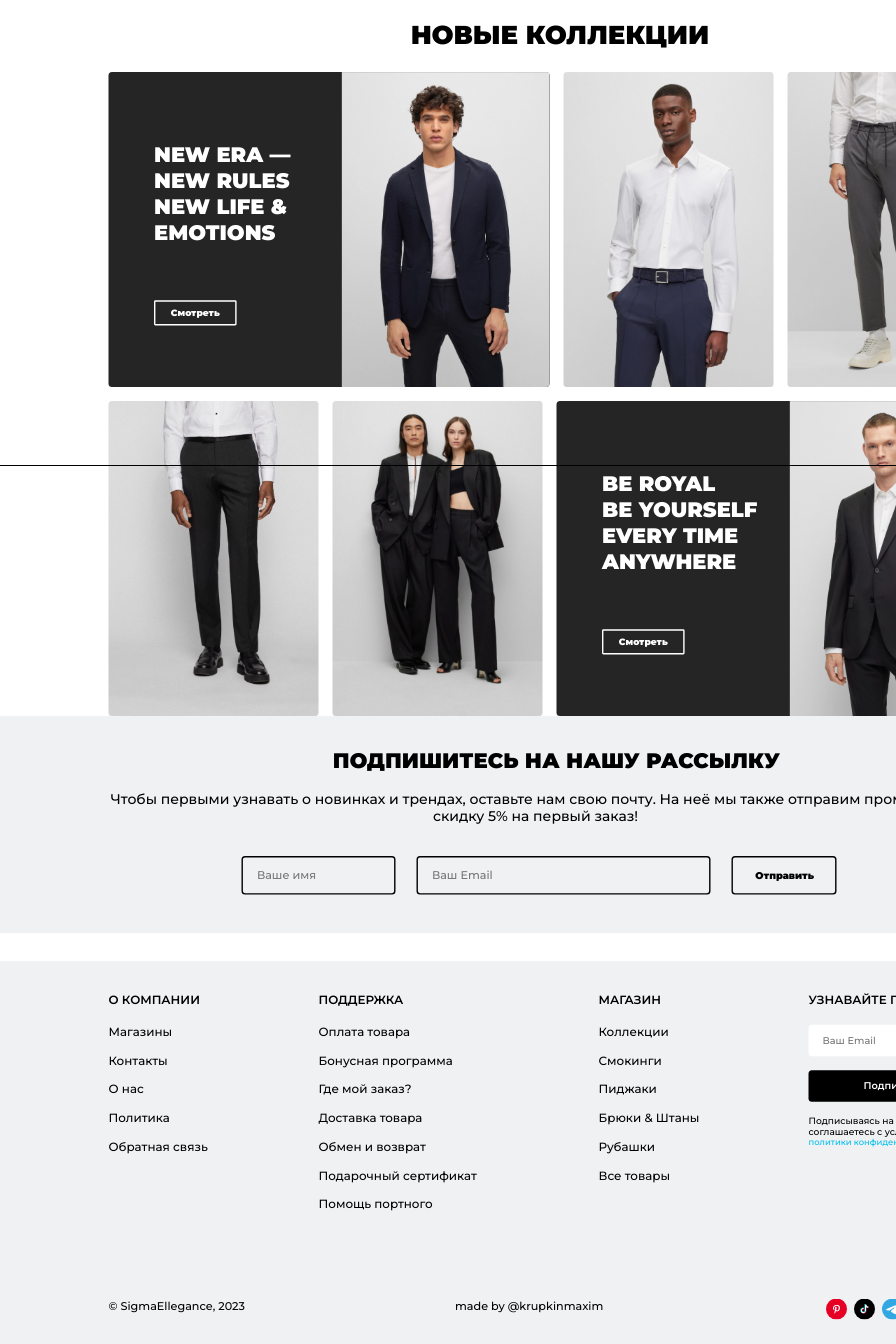
Repository: MaksimKrupkin/SigmaEllegance
Page: /
These files come from the project's save history. The page is drawn as it stood at one moment and after the next save; the edit follows.
The browser window is 1280 px wide. The pictures show the part of the page from y = 2240 to 4160 px (the page is 4160 px tall before and 4120 px after), at 70% of full size.
Some web fonts or font styles are not loaded; a fallback is used. The project was rebuilt for these pictures with package versions that can differ from the ones it lists, and the page was loaded fresh each time.

Above is the page before, as saved 2023-11-25 11:01:13.

### public/index.html
<!DOCTYPE html>
<html lang="en">
  <head>
    <meta charset="utf-8" />

    <meta name="viewport" content="width=device-width, initial-scale=1" />

    <link rel="preconnect" href="https://fonts.googleapis.com" />
    <link rel="preconnect" href="https://fonts.gstatic.com" crossorigin />
    <link
      href="https://fonts.googleapis.com/css2?family=Roboto:wght@400;500;700&display=swap"
      rel="stylesheet" />
    <link
      href="https://fonts.googleapis.com/css2?family=Montserrat:ital,wght@0,300;0,500;0,600;0,900;1,400;1,500&family=Roboto:wght@400;500;700&display=swap"
      rel="stylesheet" />
    <link rel="preconnect" href="https://fonts.googleapis.com" />
    <link rel="preconnect" href="https://fonts.gstatic.com" crossorigin />
    <link
      href="https://fonts.googleapis.com/css2?family=Montserrat:wght@300&family=Roboto:wght@400;500;700&display=swap"
      rel="stylesheet" />
    <link href="https://fonts.cdnfonts.com/css/montserrat" rel="stylesheet" />
    <title>SigmaEllegance</title>
  </head>
  <body>
    <div id="root"></div>
  </body>
</html>

### src/Components/Header/Header.jsx
import React from 'react';
import styles from './Header.module.css';
import logo from '../../assets/img/logo.svg';
import icon1 from '../../assets/img/Icon1.svg';
import icon2 from '../../assets/img/icon2.svg';
import icon3 from '../../assets/img/icon3.svg';
import icon4 from '../../assets/img/icon4.svg';

function Header() {
  return (
    <header className={styles.header}>
      <div className={styles.left_part}>
        <div className={styles.menu}>
          <img className={styles.icon1} src={icon1} alt="" />
          <p>Меню</p>
        </div>
        <div className={styles.search}>
          <img className={styles.icon2} src={icon2} alt="" />
          <p>Поиск</p>
        </div>
      </div>
      <div className={styles.logo_part}>
        <img className={styles.logo} src={logo} alt="" />
        <p>SigmaEllegance</p>
      </div>
      <div className={styles.right_part}>
        <div className={styles.liked}>
          <p>Желаемое</p>
          <img className={styles.icon3} src={icon3} alt="" />
        </div>
        <div className={styles.purchases}>
          <p>Мой SE</p>
          <img className={styles.icon4} src={icon4} alt="" />
        </div>
      </div>
    </header>
  );
}

export default Header;

### src/Pages/HomePage.jsx
import React from 'react';
import styles from './HomePage.module.css';
import mainScreenImage from '../assets/img/background.png';
import Slider from '../Components/Slider/Slider';
import Styles from '../Components/Styles/Styles';
import Collections from '../Components/Collections/Collections';
import Footer from '../Components/Footer/Footer';
import Sendings from '../Components/Sendings/Sendings';

function HomePage() {
  return (
    <>
      <div className={styles.mainScreen}>
        <div className={styles.textBlock}>
          <div className={styles.title}>Мужская классика</div>
          <div className={styles.text}>
            Наши фирменные костюмы — это то, чем мы известны. Откройте для себя классические формы и
            оттенки, подходящие для вашего образа жизни.
          </div>
          <button className={styles.mainScreen_button}>Смотреть коллекцию</button>
        </div>
      </div>
      <Slider />
      <Styles />
      <Collections />
      <Sendings />
      <Footer />
    </>
  );
}

export default HomePage;

### src/App.module.css
body {
  font-family: 'Montserrat', sans-serif;
  display: block;
  margin: 0 auto;
  padding: 0;
  width: 100%;
  overflow-x: hidden;
}
.container {
  width: 1600px;
  display: block;
  margin: 0 auto;
  position: relative;
}

*,
*::before,
*::after {
  box-sizing: border-box;
}

/* Links */

a,
a:link,
a:visited {
  text-decoration: none;
}

a:hover {
  text-decoration: none;
}

/* Common */

aside,
nav,
footer,
header,
section,
main {
  display: block;
}

h1,
h2,
h3,
h4,
h5,
h6,
p {
  font-size: inherit;
  font-weight: inherit;
}

ul,
ul li {
  list-style: none;
}

img {
  vertical-align: top;
}

img,
svg {
  max-width: 100%;
  height: auto;
}

address {
  font-style: normal;
}

/* Form */

input,
textarea,
button,
select {
  font-family: inherit;
  font-size: inherit;
  color: inherit;
  background-color: transparent;
}

input::-ms-clear {
  display: none;
}

button,
input[type='submit'] {
  display: inline-block;
  box-shadow: none;
  background-color: transparent;
  background: none;
  cursor: pointer;
}

input:focus,
input:active,
button:focus,
button:active {
  outline: none;
}

button::-moz-focus-inner {
  padding: 0;
  border: 0;
}

label {
  cursor: pointer;
}

legend {
  display: block;
}

### src/Components/Header/Header.module.css
.header {
  font-family: 'Montserrat', sans-serif;
  margin: 0 auto;
  width: 100%;
  height: 10vh;
  display: flex;
  justify-content: space-around;
  align-items: center;
}

.left_part {
  display: flex;
  justify-content: space-between;
  align-items: center;
  gap: 25px;
  color: #000;
  margin-bottom: -2px;

  font-family: Montserrat;
  font-size: 17px;
  font-style: normal;
  font-weight: 400;
  line-height: normal;
}
.menu {
  display: flex;
  justify-content: space-between;
  align-items: center;
  gap: 8px;
}
.icon1 {
  width: 22px;
  height: 22px;
  margin-bottom: 1px;
}
.search {
  display: flex;
  justify-content: space-between;
  align-items: center;
  gap: 8px;
}
.icon2 {
  width: 18px;
  height: 18px;
  margin-bottom: 3px;
}

.logo_part {
  margin-bottom: 3px;
  display: flex;
  justify-content: space-between;
  align-items: center;

  color: #000;

  font-family: Montserrat;
  font-size: 25px;
  font-style: normal;
  font-weight: 400;
  line-height: normal;
}

.logo {
  width: 67.375px;
  height: 69.103px;
  flex-shrink: 0;
  margin-right: -10px;
}
.right_part {
  margin-bottom: -2px;
  display: flex;
  justify-content: space-between;
  align-items: center;
  gap: 23px;
  font-family: Montserrat;
  font-size: 17px;
  font-style: normal;
  font-weight: 400;
  line-height: normal;
}

.liked {
  display: flex;
  justify-content: space-between;
  align-items: center;
  gap: 8px;
}
.icon3 {
  width: 22px;
  height: 22px;
  margin-bottom: 3px;
}

.purchases {
  display: flex;
  justify-content: space-between;
  align-items: center;
  gap: 8px;
}

.icon4 {
  width: 19px;
  height: 19px;
  margin-bottom: 3px;
}

### src/Pages/HomePage.module.css
.mainScreen {
  width: 1900px;
  height: 773px;
  position: relative;
  background-image: url(../assets/img/background.png);
  background-repeat: no-repeat;
  position: relative;
}
.mainScreen__image {
  width: 100%;
  height: 90vh;
}
.textBlock {
  position: absolute;
  top: 200px;
  left: 150px;
}
.title {
  color: #fff;
  font-family: Montserrat;
  font-size: 53px;
  font-style: normal;
  font-weight: 900;
  line-height: normal;
  text-transform: uppercase;
}

.text {
  margin-top: 50px;
  width: 550px;
  color: #fff;
  font-family: Montserrat;
  font-size: 25px;
  font-style: normal;
  font-weight: 400;
  line-height: 135%; /* 33.75px */
}
.mainScreen_button {
  display: flex;
  justify-content: center;
  align-items: center;
  margin-top: 60px;
  font-size: 20px;
  height: 40px;
  padding-left: 10px;
  padding-right: 10px;
  color: white;
  border: 3px solid white;
  border-radius: 5px;
  transition: all 0.1s ease-in;
}
.mainScreen_button:hover {
  scale: 1.02;
}

### src/Components/Slider/Slider.jsx
import React from 'react';
import styles from './Slider.module.css';
import leftArrow from '../../assets/img/Left Arrow.svg';
import rightArrow from '../../assets/img/Right Arrow.svg';
import SliderCard from '../SliderCard/SliderCard';

export default function Slider() {
  return (
    <div className={styles.slider_wrapper}>
      <img className={styles.leftArrow} src={leftArrow} alt="" />

      <div className={styles.slider}>
        <SliderCard />
        <SliderCard />
        <SliderCard />
        <SliderCard />
      </div>
      <img className={styles.rightArrow} src={rightArrow} alt="" />
    </div>
  );
}

### src/Components/Styles/Styles.jsx
import React from 'react';
import styles from './Styles.module.css';

export default function Styles() {
  return (
    <section className={styles.styles_section}>
      <h2 className={styles.title}>Выбери свой стиль</h2>
      <div className={styles.styles_wrapper}>
        <div className={styles.topLine}>
          <a>
            <div className={styles.style1}>
              <span className={styles.subtitle}>Элит</span>
            </div>
          </a>
          <a>
            <div className={styles.style2}>
              <span className={styles.subtitle}>Перфоманс</span>
            </div>
          </a>
        </div>
        <div className={styles.bottomLine}>
          <a>
            <div className={styles.style3}>
              <span className={styles.subtitle}>Темный</span>
            </div>
          </a>
          <a>
            <div className={styles.style4}>
              <span className={styles.subtitle}>Нью-лук</span>
            </div>
          </a>
          <a>
            <div className={styles.style5}>
              <span className={styles.subtitle}>Классик</span>
            </div>
          </a>
        </div>
      </div>
    </section>
  );
}

### src/Components/Collections/Collections.jsx
import React from 'react';
import styles from './Collections.module.css';
import image1 from '../../assets/img/collection1.png';
import image2 from '../../assets/img/collection6.png';

export default function Collections() {
  return (
    <section className={styles.collections_section}>
      <h2 className={styles.title}>Новые коллекции</h2>
      <div className={styles.collections_wrapper}>
        <div className={styles.collections_top}>
          <div className={styles.collection1}>
            <img className={styles.collection1_image} src={image1} alt="" />
            <p className={styles.subtitle}>New era —New Rules New life & emotions</p>
            <a className={styles.button}>Смотреть</a>
            <div className={styles.rightPart}></div>
          </div>

          <div className={styles.collection2}></div>
          <div className={styles.collection3}></div>
        </div>
        <div className={styles.collections_bottom}>
          <div className={styles.collection4}></div>
          <div className={styles.collection5}></div>
          <div className={styles.collection6}>
            <img className={styles.collection6_image} src={image2} alt="" />
            <p className={styles.subtitle}>
              Be Royal <br /> Be Yourself every time anywhere
            </p>
            <a className={styles.button}>Смотреть</a>
            <div className={styles.rightPart}></div>
          </div>
        </div>
      </div>
    </section>
  );
}

### src/Components/Footer/Footer.jsx
import React from 'react';
import icon1 from '../../assets/img/pint.svg';
import icon2 from '../../assets/img/TT.svg';
import icon3 from '../../assets/img/TG.svg';
import icon4 from '../../assets/img/IG.svg';
import icon5 from '../../assets/img/VK.svg';
import styles from './Footer.module.css';

export default function Footer() {
  return (
    <footer className={styles.footer}>
      <div className={styles.column_1}>
        <div className={styles.column_title}>О компании</div>
        <div className={styles.column_item}> Магазины</div>
        <div className={styles.column_item}>Контакты</div>
        <div className={styles.column_item}>О нас</div>
        <div className={styles.column_item}>Политика</div>
        <div className={styles.column_item}>Обратная связь</div>
      </div>
      <div className={styles.column_2}>
        <div className={styles.column_title}>Поддержка</div>
        <div className={styles.column_item}> Оплата товара</div>
        <div className={styles.column_item}>Бонусная программа</div>
        <div className={styles.column_item}>Где мой заказ?</div>
        <div className={styles.column_item}>Доставка товара</div>
        <div className={styles.column_item}>Обмен и возврат</div>
        <div className={styles.column_item}>Подарочный сертификат</div>
        <div className={styles.column_item}>Помощь портного</div>
      </div>
      <div className={styles.column_3}>
        <div className={styles.column_title}>Магазин</div>
        <div className={styles.column_item}> Коллекции</div>
        <div className={styles.column_item}>Смокинги</div>
        <div className={styles.column_item}>Пиджаки</div>
        <div className={styles.column_item}>Брюки & Штаны</div>
        <div className={styles.column_item}>Рубашки</div>
        <div className={styles.column_item}>Все товары</div>
      </div>
      <div className={styles.footer_form}>
        <div className={styles.footer_form_title}>Узнавайте первыми</div>
        <form action={styles.text}>
          <input className={styles.footer_form_email} type="text" placeholder="Ваш Email" />
        </form>
        <div className={styles.footer_button}>
          <div className={styles.footer_link}>Подписаться</div>
        </div>
        <div className={styles.policy}>
          Подписываясь на рассылку, вы соглашаетесь с условиями{' '}
          <a href="" className={styles.policy_link}>
            оферты
          </a>{' '}
          и <a className={styles.policy_link}>политики конфиденциальности</a>{' '}
        </div>
      </div>
      <div className={styles.footer_border}>
        <img src="/img/Border.svg" alt="" />
      </div>
      <div className={styles.sigma_corp}>© SigmaEllegance, 2023</div>
      <div className={styles.made_by}>made by @krupkinmaxim</div>
      <div className={styles.social_networks}>
        <img className={styles.pintrest} src={icon1} alt="" />
        <img className={styles.tik_tok} src={icon2} alt="" />
        <img className={styles.telegram} src={icon3} alt="" />
        <img className={styles.instagram} src={icon4} alt="" />
        <img className={styles.vk} src={icon5} alt="" />
      </div>
    </footer>
  );
}

### src/Components/Sendings/Sendings.jsx
import React from 'react';
import styles from './Sendings.module.css';

export default function Sendings() {
  return (
    <div className={styles.customer_form_container}>
      <div className={styles.customer_form}>
        <div className={styles.customer_form_title}>Подпишитесь на нашу рассылку</div>
        <div className={styles.customer_form_subtitle}>
          Чтобы первыми узнавать о новинках и трендах, оставьте нам свою почту. На неё мы также
          отправим промокод на скидку 5% на первый заказ!
        </div>
        <form className={styles.forms}>
          <input
            className={styles.name}
            type="text"
            name="name"
            value=""
            placeholder="Ваше имя"
            required
          />
          <br />
          <input
            className={styles.email}
            type="text"
            name="email"
            value=""
            placeholder="Ваш Email"
          />
          <br />
          <input className={styles.send} type="button" value="Отправить" />
        </form>
      </div>
    </div>
  );
}

### src/Components/Slider/Slider.module.css
.slider_wrapper {
  width: 1586px;
  height: 540px;
  background-color: #eff1f3;
  display: flex;
  flex-wrap: nowrap;
  justify-content: space-between;
  align-items: center;
  gap: 20px;
  overflow: hidden;
  padding-left: 65px;
  padding-right: 65px;
}
.leftArrow {
  display: block;
  width: 35px;
  height: 35px;
}
.slider {
  width: 1290px;
  display: flex;
  justify-content: space-between;
  align-items: center;
  gap: 30px;
}
.rightArrow {
  display: block;
  width: 35px;
  height: 35px;
}

### src/Components/SliderCard/SliderCard.jsx
import React from 'react';
import styles from './SliderCard.module.css';
import cardImage from '../../assets/img/card1.png';

export default function SliderCard() {
  return (
    <div className={styles.card}>
      <p className={styles.card_title}>Смокинги</p>
      <img className={styles.card_image} src={cardImage} alt="" />
    </div>
  );
}

### src/Components/Styles/Styles.module.css
.styles_section {
  width: 1586px;
  background-color: white;
  display: flex;
  flex-direction: column;
  align-items: center;
}
.title {
  color: #000;
  font-family: Montserrat;
  font-size: 37px;
  font-style: normal;
  font-weight: 700;
  line-height: normal;
  text-transform: uppercase;
}
.styles_wrapper {
  width: 1290px;
  display: flex;
  flex-direction: column;
  justify-content: space-between;
  gap: 30px;
}
.topLine {
  display: flex;
  justify-content: space-between;
  align-items: center;
  gap: 30px;
}

.bottomLine {
  display: flex;
  justify-content: space-between;
  align-items: center;
  gap: 30px;
}
.style1 {
  width: 740px;
  height: 420px;
  background-image: url(../../assets/img/style-1.png);
  color: #fff;
  border-radius: 5px;
  position: relative;
}
.style2 {
  width: 520px;
  height: 420px;
  background-image: url(../../assets/img/style-2.png);
  color: #fff;
  border-radius: 5px;
  position: relative;
}
.style3 {
  width: 410px;
  height: 295px;
  background-image: url(../../assets/img/style-3.png);
  color: #fff;
  border-radius: 5px;
  position: relative;
}
.style4 {
  width: 410px;
  height: 295px;
  background-image: url(../../assets/img/style-4.png);
  color: #fff;
  border-radius: 5px;
  position: relative;
}
.style5 {
  width: 410px;
  height: 295px;
  background-image: url(../../assets/img/style-5.png);
  color: #fff;
  border-radius: 5px;
  position: relative;
}
.subtitle {
  font-family: Montserrat;
  font-size: 35px;
  font-style: normal;
  font-weight: 800;
  line-height: normal;
  text-transform: uppercase;
  position: absolute;
  bottom: 35px;
  left: 45px;
}

### src/Components/Footer/Footer.module.css
.footer {
  margin-top: 40px;
  background-color: #eff1f3;
  width: 1600px;
  height: 547px;
  position: relative;
}

.column_1 {
  position: absolute;
  top: 45px;
  left: 155px;
}

.column_2 {
  position: absolute;
  top: 45px;
  left: 455px;
}

.column_3 {
  position: absolute;
  top: 45px;
  left: 855px;
}
.column_title {
  font-style: normal;
  font-weight: 600;
  font-size: 17px;
  line-height: 21px;
  text-transform: uppercase;
  color: #000000;
  margin-bottom: 25px;
}

.column_item {
  font-family: 'Montserrat';
  font-style: normal;
  font-weight: 400;
  font-size: 17px;
  line-height: 21px;
  color: #000000;
  margin-bottom: 20px;
}

.footer_form {
  position: absolute;
  top: 45px;
  left: 1155px;
}

.footer_form_title {
  font-style: normal;
  font-weight: 600;
  font-size: 17px;
  line-height: 21px;
  text-transform: uppercase;
  color: #000000;
  margin-bottom: 25px;
}
.footer {
  opacity: 1;
}
.footer_form_email {
  width: 235px;
  height: 45px;
  background-color: white;
  border: none;
  border-radius: 5px;
  font-style: normal;
  font-weight: 400;
  font-size: 14px;
  line-height: 17px;
  padding-left: 20px;
  color: rgba(0, 0, 0, 0.4);
}

.footer_button {
  margin-top: 20px;
  margin-bottom: 20px;
  width: 255px;
  background-color: #000000;
  border-radius: 5px;
  text-align: center;
  font-style: normal;
  font-weight: 600;
  font-size: 14px;
  line-height: 45px;
  color: #ffffff;
}
.footer_link {
  color: #ffffff;
}

.policy {
  width: 254px;
  font-style: normal;
  font-weight: 400;
  font-size: 13px;
  line-height: 15px;
  color: #000000;
}
.policy_link {
  font-style: normal;
  font-weight: 400;
  font-size: 12px;
  line-height: 15px;
  color: #00bfed;
}

.footer_border {
  position: absolute;
  bottom: 120px;
}

.sigma_corp {
  position: absolute;
  left: 155px;
  bottom: 45px;

  font-weight: 500;
}

.made_by {
  position: absolute;
  left: 650px;
  bottom: 45px;
  font-weight: 500;
}

.social_networks {
  position: absolute;
  left: 1180px;
  bottom: 35px;
}
.pintrest {
  width: 30px;
  height: 30px;
  margin-right: 10px;
  transition: all 0.1s ease-in;
  cursor: pointer;
}
.pintrest:hover {
  width: 35px;
  height: 35px;
  transform: translateY(-3px);
}
.tik_tok {
  width: 30px;
  height: 30px;
  margin-right: 10px;
  transition: all 0.1s ease-in;
  cursor: pointer;
}
.tik_tok:hover {
  width: 35px;
  height: 35px;
  transform: translateY(-3px);
}
.telegram {
  width: 30px;
  height: 30px;
  margin-right: 10px;
  transition: all 0.1s ease-in;
  cursor: pointer;
}
.telegram:hover {
  width: 35px;
  height: 35px;
  transform: translateY(-3px);
}
.instagram {
  width: 30px;
  height: 30px;
  margin-right: 10px;
  transition: all 0.1s ease-in;
  cursor: pointer;
}
.instagram:hover {
  width: 35px;
  height: 35px;
  transform: translateY(-3px);
}
.vk {
  width: 30px;
  height: 30px;
  margin-right: 10px;
  transition: all 0.1s ease-in;
  cursor: pointer;
}
.vk:hover {
  width: 35px;
  height: 35px;
  transform: translateY(-3px);
}

### src/Components/Sendings/Sendings.module.css
.customer_form_container {
  background-color: #eff1f3;
  width: 1600px;
  height: 310px;
}

.customer_form {
  width: 1290px;
  display: flex;
  flex-direction: column;
  align-items: center;
}

.customer_form_title {
  margin-top: 45px;
  margin-left: 300px;
  margin-bottom: 25px;
  font-style: normal;
  font-weight: 700;
  font-size: 30px;
  line-height: 37px;
  text-transform: uppercase;
  color: #000000;
  text-align: center;
}

.customer_form_subtitle {
  width: 1290px;
  margin-left: 240px;
  margin-bottom: 45px;
  font-style: normal;
  font-weight: 500;
  font-size: 20px;
  line-height: 24px;
  text-align: center;
  color: #000000;
}

.forms {
  display: flex;
  justify-content: center;
  align-items: center;
  gap: 15px;
  margin-left: 250px;
}

.name {
  width: 220px;
  height: 55px;
  border: 2px solid black;
  border-radius: 5px;
  padding-left: 20px;
  color: rgba(0, 0, 0, 0.5);
  transition: all 0.6s ease-in-out;
}

.email {
  width: 420px;
  height: 55px;
  border: 2px solid black;
  border-radius: 5px;
  padding-left: 20px;
  color: rgba(0, 0, 0, 0.5);
  transition: all 0.6s ease-in-out;
}

.send {
  text-align: center;
  width: 150px;
  height: 55px;
  border: 2px solid black;
  border-radius: 5px;
  padding-left: 8px;
  color: black;
  font-weight: 700;
  font-size: 14px;
  line-height: 17px;
  transition: all 0.2s ease;
  cursor: pointer;
}

.send:hover {
  border: 3px solid black;
  border-radius: 40px;
  font-size: 15px;
  padding-bottom: 2px;
  background-color: rgb(245, 237, 237);
}

### src/Components/SliderCard/SliderCard.module.css
.card {
  width: 300px;
  height: 450px;
  background-color: white;
  border-radius: 5px;
  display: flex;
  flex-direction: column;
  align-items: center;
  padding-top: 35px;
  padding-bottom: 65px;
  gap: 25px;
}
.card_title {
  color: #000;
  font-family: Montserrat;
  font-size: 20px;
  font-style: normal;
  font-weight: 700;
  line-height: normal;
  text-transform: uppercase;
}

.card_image {
  width: 190px;
}

Loaded but not shown: src/index.js (common file); src/App.js (16 lines, source omitted); src/Components/Collections/Collections.module.css (149 lines, source omitted)

After the next save:
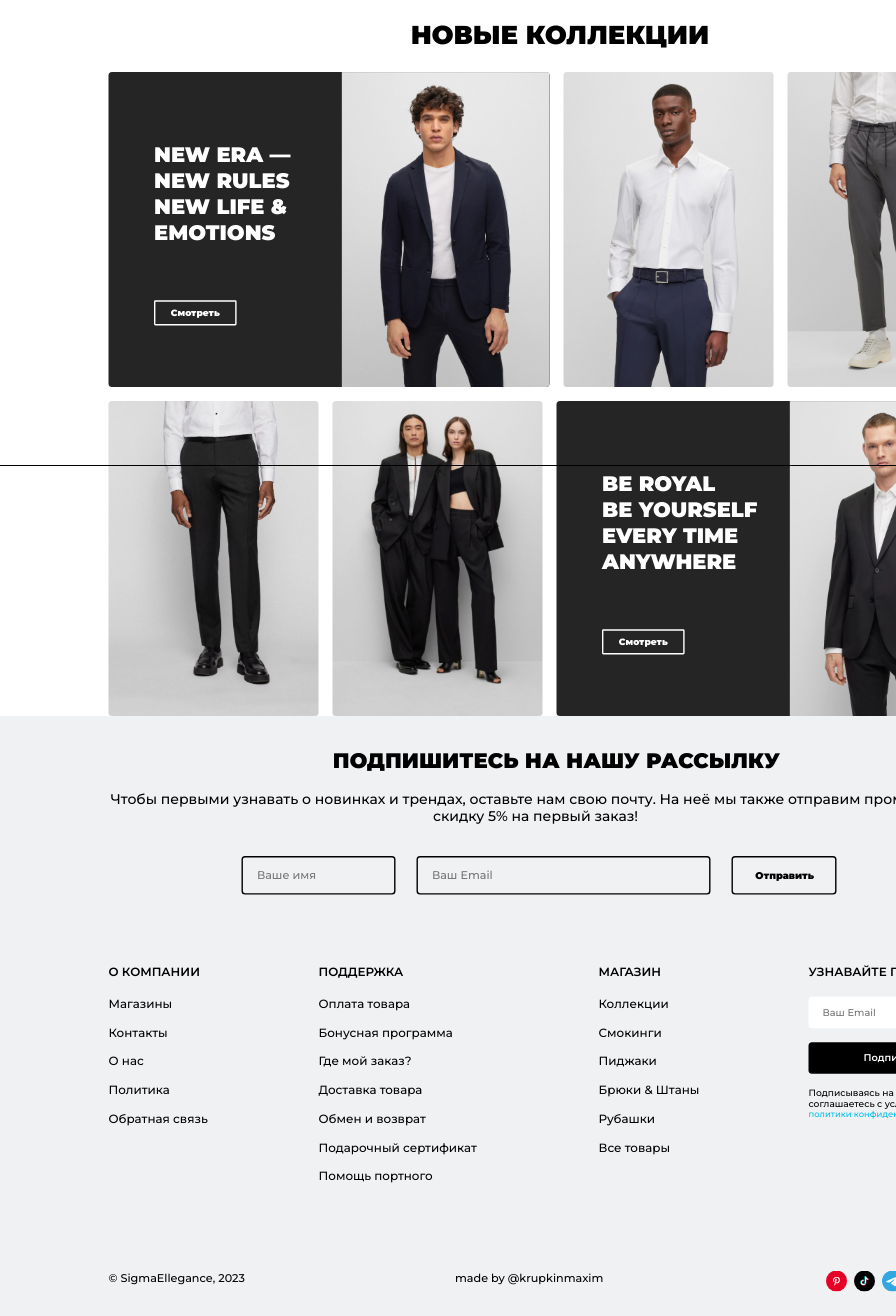
Saved 23 s later.
--- a/src/Components/Footer/Footer.module.css
+++ b/src/Components/Footer/Footer.module.css
@@ -1,5 +1,4 @@
 .footer {
-  margin-top: 40px;
   background-color: #eff1f3;
   width: 1600px;
   height: 547px;
